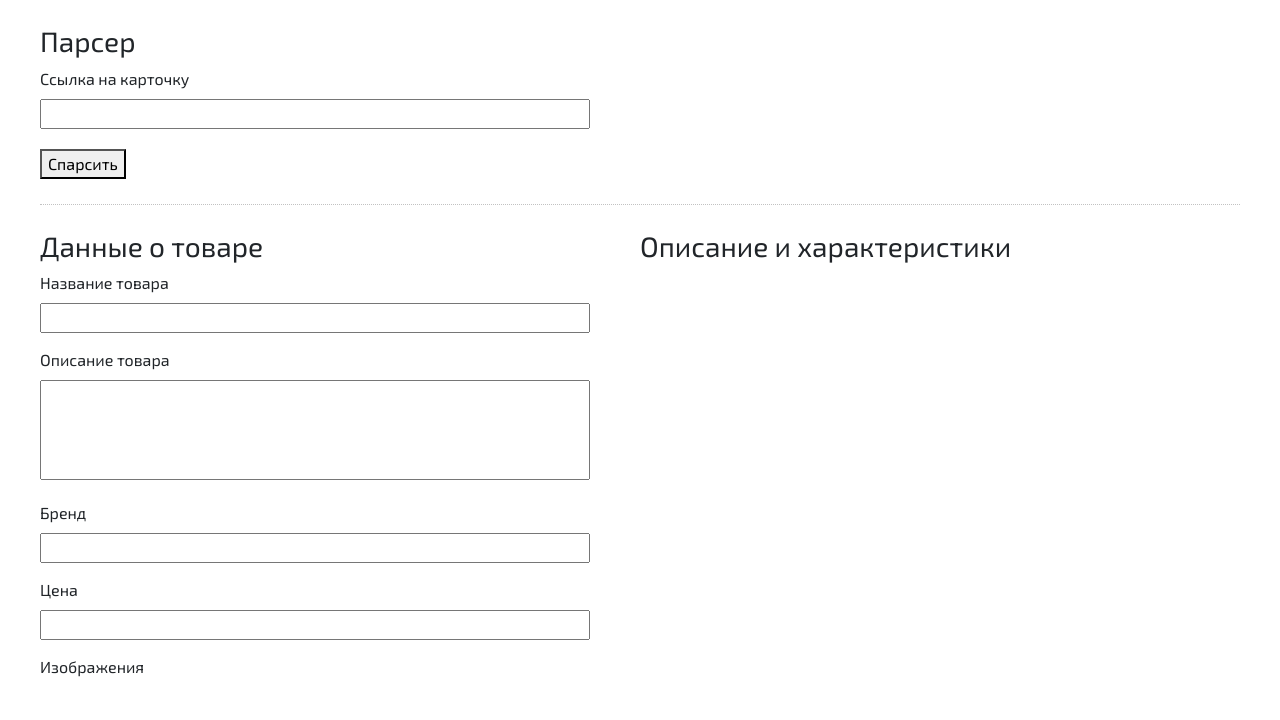
Repository: yozuul/wildberries-product-card-parser-api-exchange
Page: public/index.html
These files come from the project's save history. The page is drawn as it stood at one moment and after the next save; the edit follows.
The browser window is 1280 px wide. The pictures show the whole page.

Above is the page before, as saved 2021-08-18 18:40:04.

After the next save:
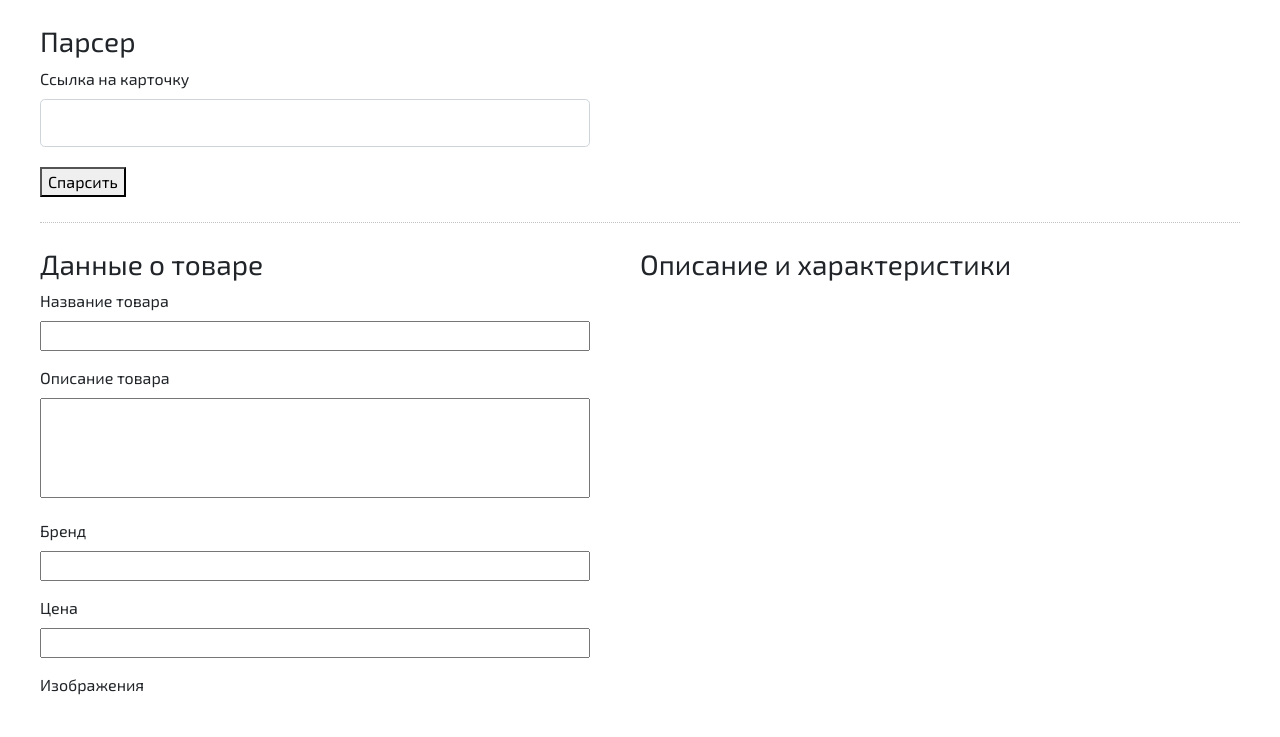
Saved 39 s later.
--- a/public/index.html
+++ b/public/index.html
@@ -17,7 +17,7 @@
          <h3>Парсер</h3>
          <form name="parseForm">
             <label for="exampleFormControlInput1" class="form-label">Ссылка на карточку</label>
-            <input type="text" id="cardURL">
+            <input class="form-control form-control-lg" type="text" id="cardURL">
             <button id="parseData">Спарсить</button>
          </form>
       </div>
